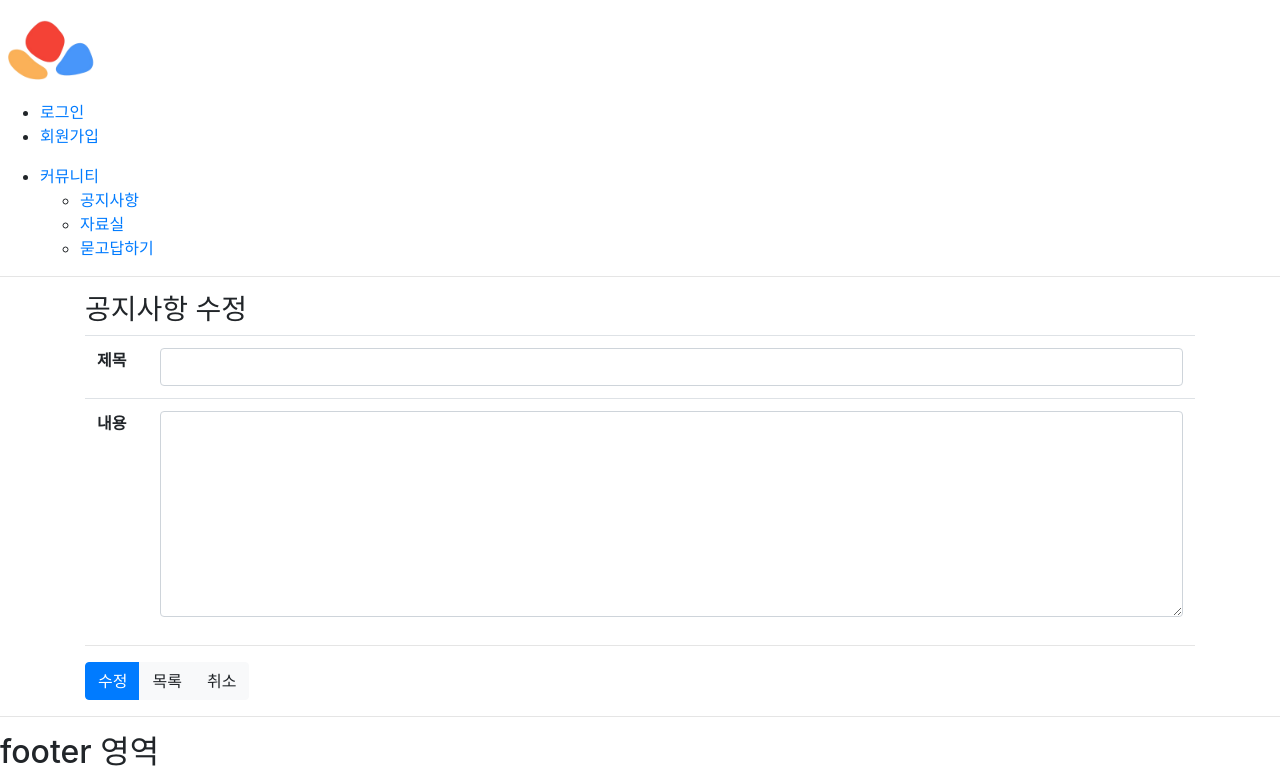
Repository: rnjsmj/pro01
Page: http://localhost/pro01/notice/notice_edit.jsp
The author's editor kept a copy of each file at every save. The page is drawn from the files as they stood at one save, then again after the next save.
The browser window is 1280 px wide. The pictures show the whole page.
The page is served by Tomcat 9. Nobody is signed in. The application's start-up code is not run. The template is opened directly, without the code that normally fills it, so the values that code supplies are empty.

Above is the page before, as saved 2024-04-05 06:53:16.

After the next save:
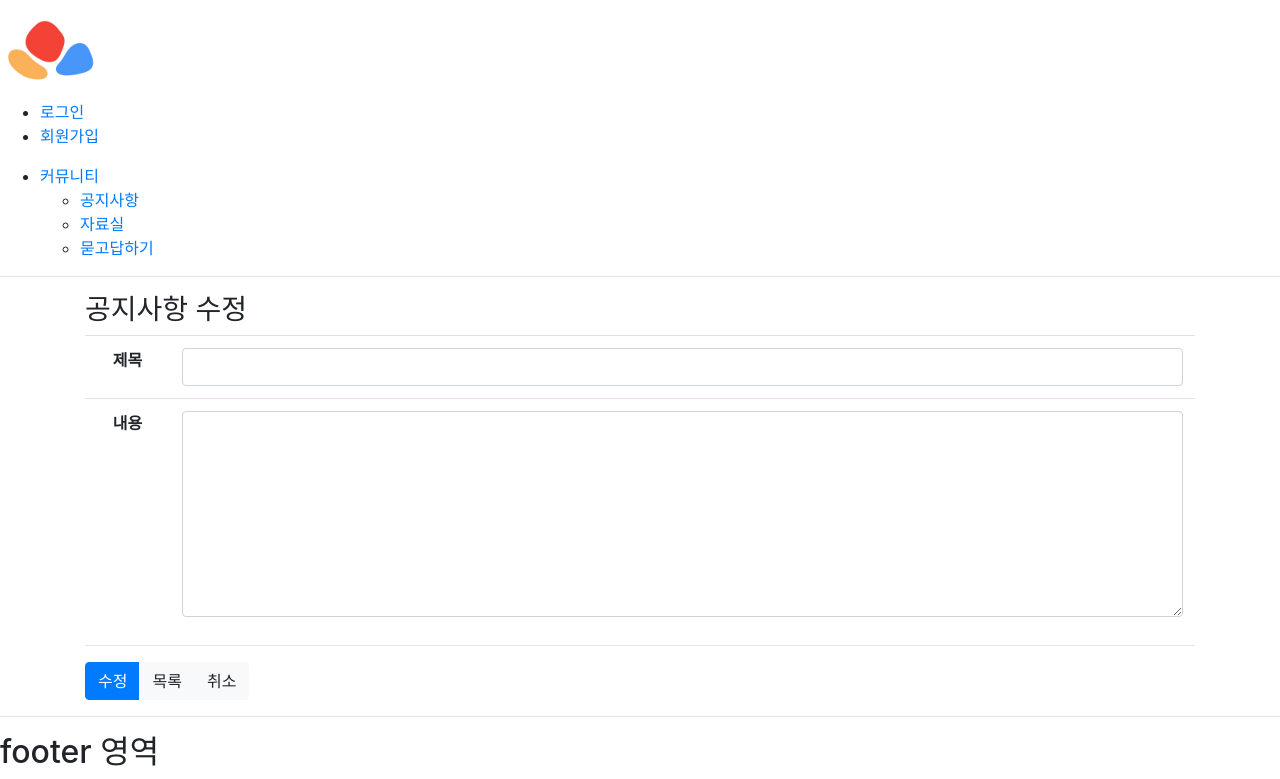
Saved 95 s later.
--- a/pro01/WebContent/notice/notice_edit.jsp
+++ b/pro01/WebContent/notice/notice_edit.jsp
@@ -11,7 +11,7 @@
 <%@ include file="/head.jsp" %>
 <style>
 .notice-no { display:none; }
-th {nowrap;}
+th { width:85px; text-align:center;}
 </style>
 </head>
 <body>

After the 3 saves that followed:
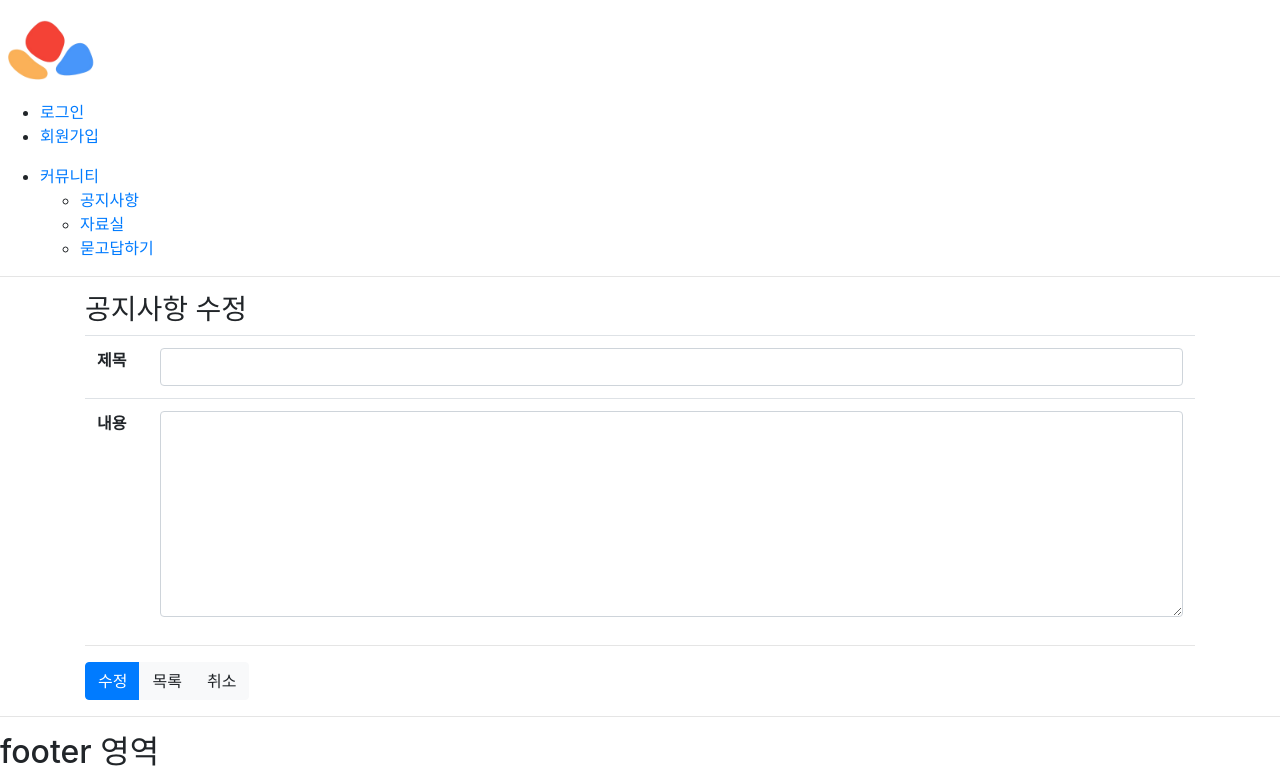
The 3 saves are shown as one change because 2 left the picture as it was.
The last was saved 5 min 21 s later.
--- a/pro01/WebContent/notice/notice_edit.jsp
+++ b/pro01/WebContent/notice/notice_edit.jsp
@@ -11,7 +11,7 @@
 <%@ include file="/head.jsp" %>
 <style>
 .notice-no { display:none; }
-th { width:85px; text-align:center;}
+.th { width:85px; text-align:center; table-layout:fixed;}
 </style>
 </head>
 <body>
@@ -26,7 +26,7 @@
 				<table class="table">
 					<tbody>
 						<tr class="notice-no">
-							<th>글번호</th>
+							<th class="th">글번호</th>
 							<td>
 								<input type="text" name="no" id="no" class="form-control" maxlength="100" value="${notice.no }" readonly>
 							</td>
